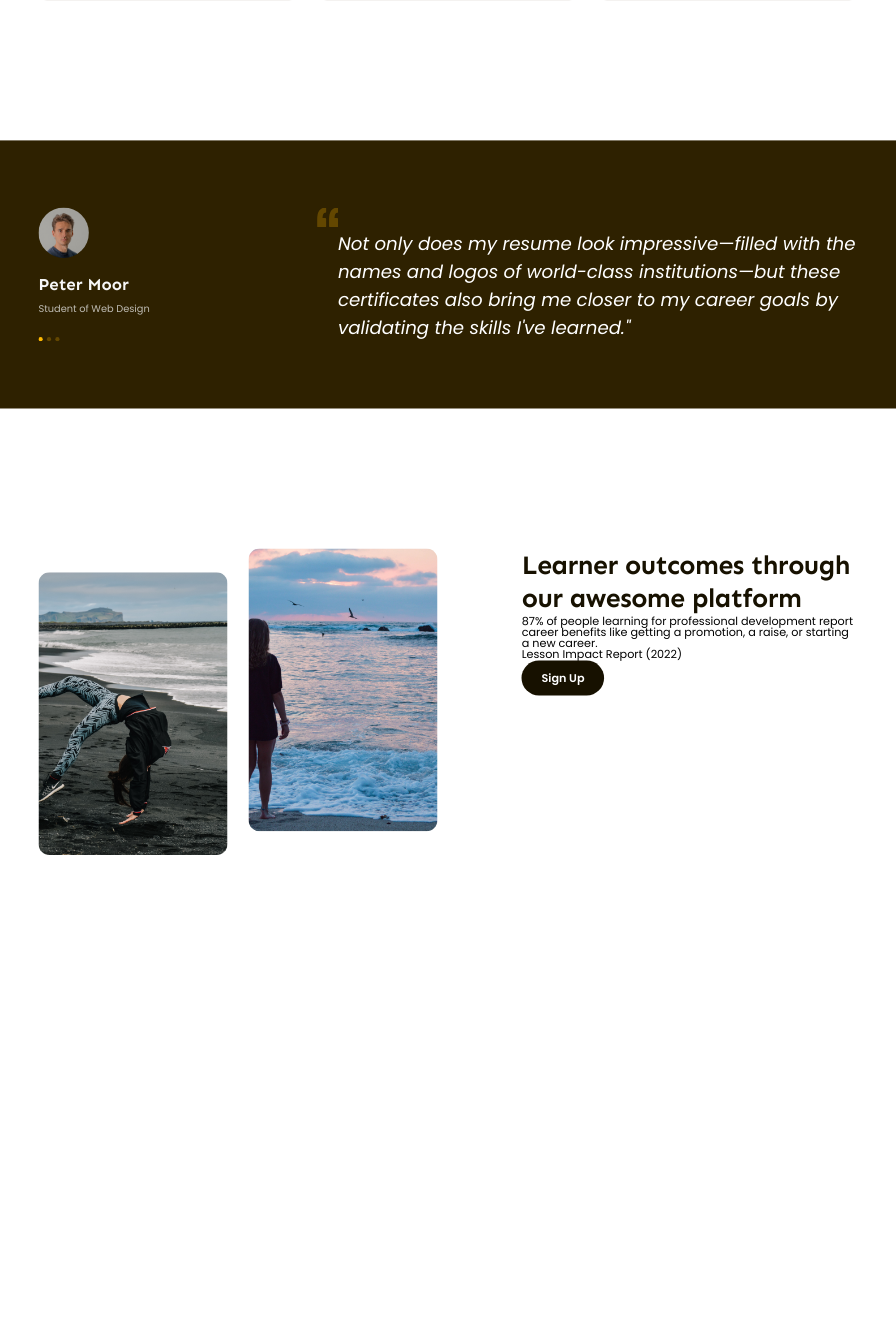
Repository: ynguyen1512/htmlcss-project-02
Page: index.html
The author's editor kept a copy of each file at every save. The page is drawn from the files as they stood at one save, then again after the next save.
The browser window is 1280 px wide. The pictures show the part of the page from y = 1741 to 3661 px (the page is 5000 px tall), at 70% of full size.
Pictures or frames that could not be fetched are drawn as grey boxes. A picture or video elsewhere on the page could not be fetched, so the positions and the page height are approximate.

Above is the page before, as saved 2023-03-08 23:22:58.

After the next save:
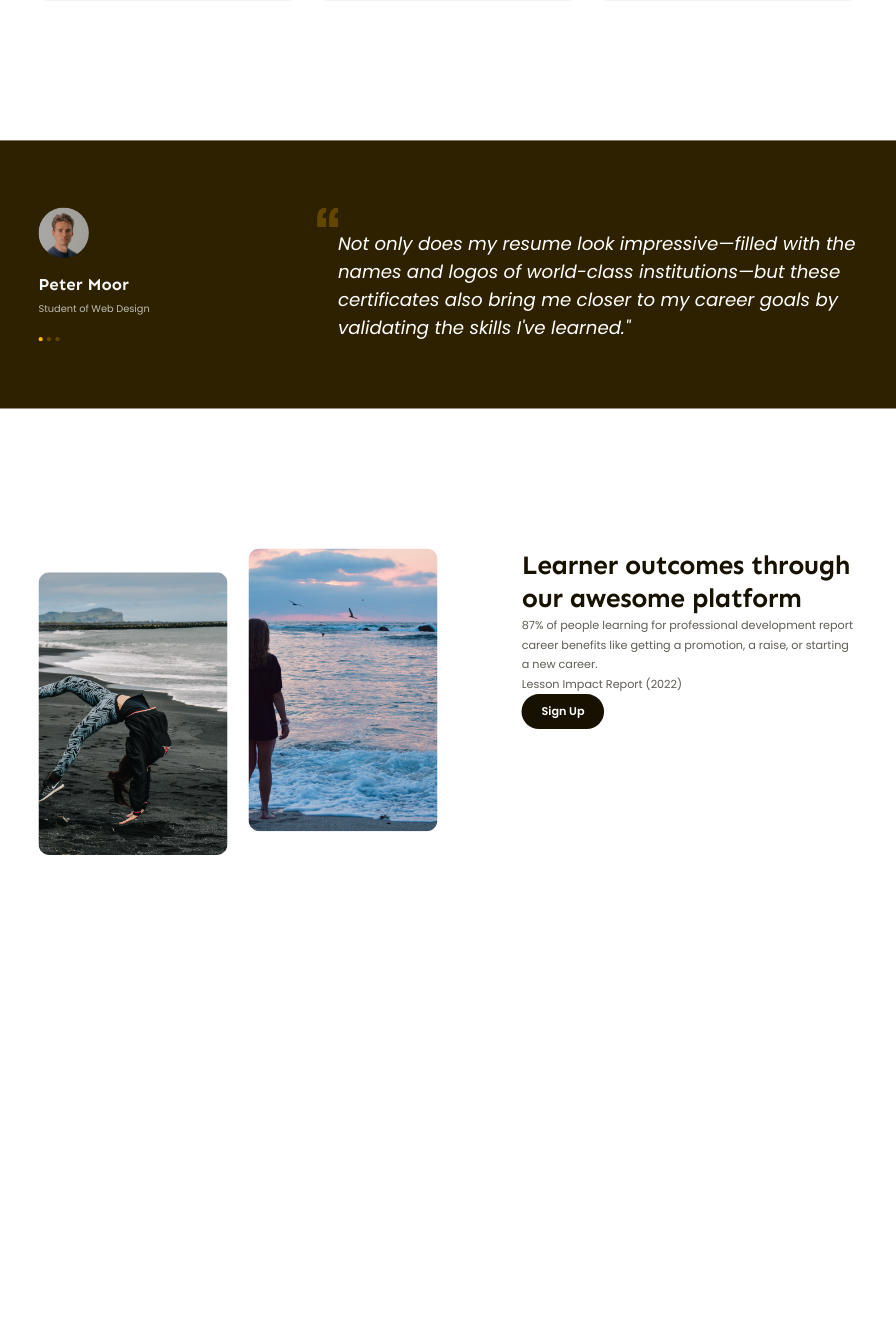
Saved 77 s later.
--- a/assets/css/style.css
+++ b/assets/css/style.css
@@ -516,3 +516,10 @@ a {
 .features .content {
     width: 41%;
 }
+
+.features .desc {
+    font-weight: 400;
+    font-size: 1.6rem;
+    line-height: 1.75;
+    color: #5F5B53;
+}
